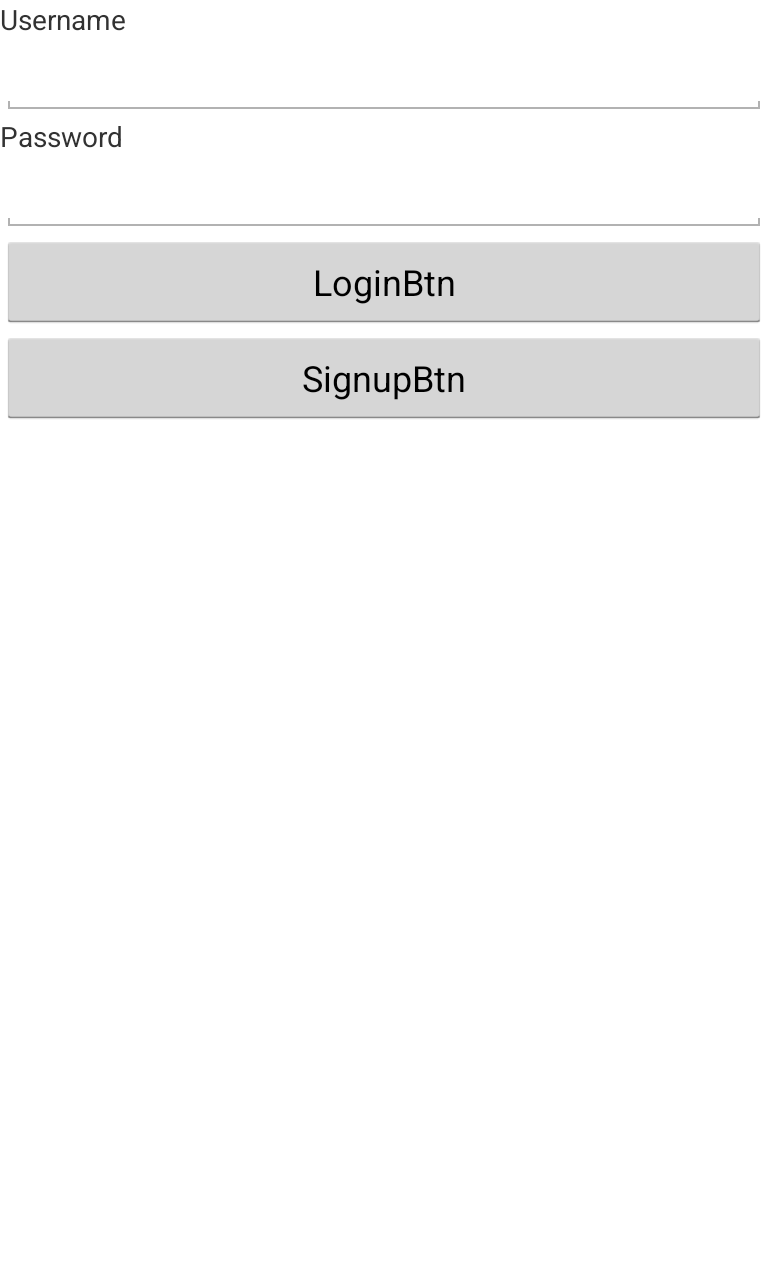
Repository: efreestone/CPM_Freestone
Layout: Project1Android/res/layout/activity_login.xml
These files come from the project's save history. The layout is drawn as it stood at one moment and after the next save; the edit follows.
It is drawn on a 768 x 1280 px phone screen (xhdpi) without system bars, with theme AppTheme; the app's code is not run.

Above is the layout before, as saved 2014-09-30 03:03:48.

### Project1Android/res/layout/activity_login.xml
<RelativeLayout xmlns:android="http://schemas.android.com/apk/res/android"
    android:layout_width="fill_parent"
    android:layout_height="fill_parent"
    android:orientation="vertical" >

    <TextView
        android:id="@+id/usernameTitle"
        android:layout_width="fill_parent"
        android:layout_height="wrap_content"
        android:text="Username" />

    <EditText
        android:id="@+id/usernameEditText"
        android:layout_width="fill_parent"
        android:layout_height="wrap_content"
        android:layout_below="@id/usernameTitle"
        android:inputType="text" />

    <TextView
        android:id="@+id/passwordTitle"
        android:layout_width="fill_parent"
        android:layout_height="wrap_content"
        android:layout_below="@id/usernameEditText"
        android:text="Password" />

    <EditText
        android:id="@+id/passwordEditText"
        android:layout_width="fill_parent"
        android:layout_height="wrap_content"
        android:layout_below="@id/passwordTitle"
        android:inputType="textPassword" />

    <Button
        android:id="@+id/loginButton"
        android:layout_width="fill_parent"
        android:layout_height="wrap_content"
        android:layout_below="@id/passwordEditText"
        android:text="LoginBtn" />

    <Button
        android:id="@+id/signupButtone"
        android:layout_width="fill_parent"
        android:layout_height="wrap_content"
        android:layout_below="@id/loginButton"
        android:text="SignupBtn" />

</RelativeLayout>

Loaded but not shown: Project1Android/res/values/styles.xml (common file); Project1Android/res/values-v11/styles.xml (common file); Project1Android/res/values-v14/styles.xml (common file)

After the next save:
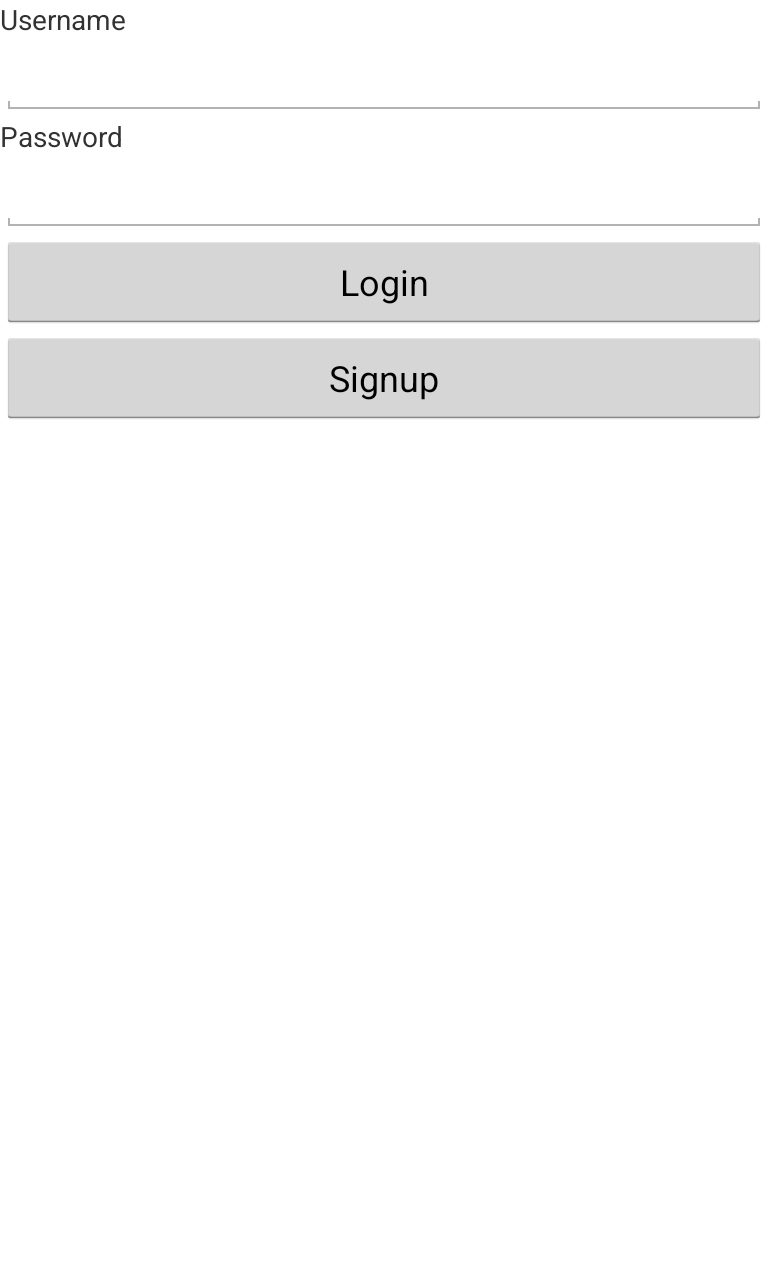
Saved 30 s later.
--- a/Project1Android/res/layout/activity_login.xml
+++ b/Project1Android/res/layout/activity_login.xml
@@ -35,13 +35,13 @@
         android:layout_width="fill_parent"
         android:layout_height="wrap_content"
         android:layout_below="@id/passwordEditText"
-        android:text="LoginBtn" />
+        android:text="Login" />
 
     <Button
         android:id="@+id/signupButtone"
         android:layout_width="fill_parent"
         android:layout_height="wrap_content"
         android:layout_below="@id/loginButton"
-        android:text="SignupBtn" />
+        android:text="Signup" />
 
 </RelativeLayout>
